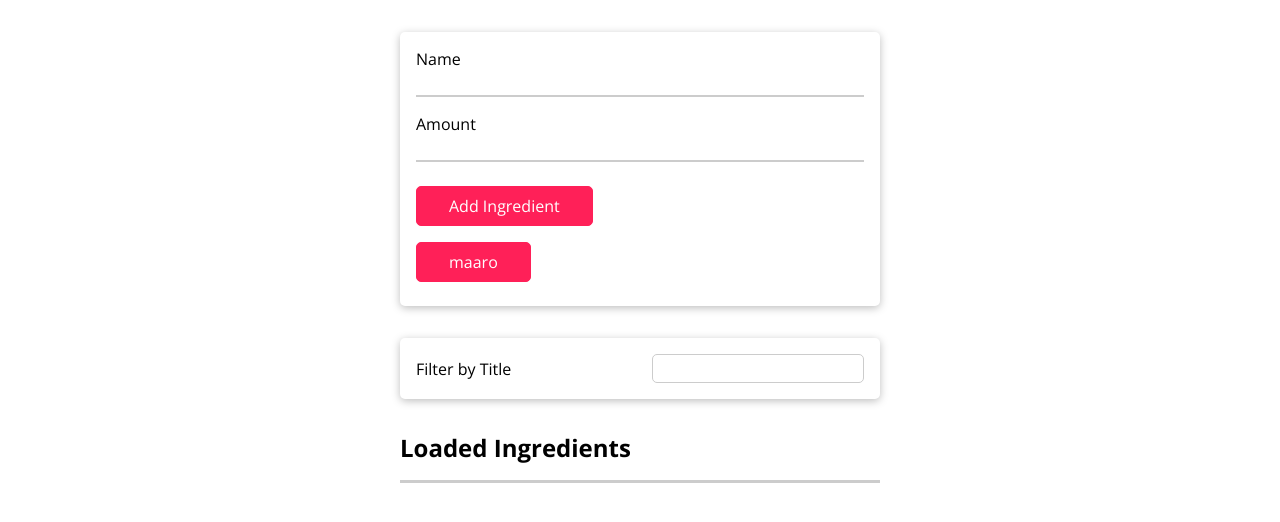
Repository: davinder-kumar/React-Hooks
Page: /, after clicking the first element matching `button`
The author's editor kept a copy of each file at every save. The page is drawn from the files as they stood at one save, then again after the next save.
The browser window is 1280 px wide. The pictures show the whole page.
The page's requests for data from a server got no answer. The project was rebuilt for these pictures with package versions that can differ from the ones it lists, and the page was loaded fresh each time. No one was signed in, and anything a server would have sent is missing. Also part of the build but not shown: src/components/UI/LoadingIndicator.css, src/components/UI/LoadingIndicator.js, src/components/UI/ErrorModal.css, src/components/UI/ErrorModal.js, src/components/Auth.css.

Above is the page before, as saved 2020-03-09 21:34:27.

### src/index.js
import React from 'react';
import ReactDOM from 'react-dom';

import './index.css';
import App from './App';
import { ContextProvider } from './context/auth-context'

ReactDOM.render(
    <ContextProvider>
        <App />
    </ContextProvider>
    , document.getElementById('root'));

### src/App.js
import React, { useContext } from 'react';
import { AuthContext } from './context/auth-context'
import Ingredients from './components/Ingredients/Ingredients';
import Auth from './components/Auth'

const App = props => {
  const contextVal = useContext(AuthContext)
  return contextVal.authenticated ? <Ingredients /> : <Auth  />
  // return <Auth  />;
};

export default App;

### src/context/auth-context.js
import React, { createContext, useState } from 'react'

export const AuthContext = createContext({
    authenticated: false,
    login: () => { }
})



export const ContextProvider = (props) => {
    const [isAuthenticated,setAuthenticated] = useState(false)
    const loginHandler = ()=>{
        setAuthenticated(true)
    }

    return <AuthContext.Provider value={{
        authenticated : isAuthenticated,
        login : loginHandler
    }}>
        {props.children}
    </AuthContext.Provider>
}

### src/components/Ingredients/Ingredients.js
import React, { useState, useEffect, useCallback, useReducer } from 'react';
import IngredientForm from './IngredientForm';
import IngredientList from './IngredientList'
import Search from './Search';
import ErrorModel from '../../components/UI/ErrorModal'
// import Spinner from '../../components/UI/LoadingIndicator'


const ingredientReducer = (ingredients, action) => {
  switch (action.type) {
    case "ADD":
      // console.log(ingredients, action.ingredient,"FITSTs")
      const state = [
        ...ingredients,
        action.ingredient
      ]
      // console.log(state,"KAST")
      return state
    case "SET":
      return action.ingredients
    case "DELETE":
      return ingredients.filter(ing => ing.id !== action.id)
    default:
      throw new Error("Please pass a valid action")

  }
}

const Ingredients = (props) => {
  // const [userIngredients, setUserIngredients] = useState([]);
  const [userIngredients, dispatch] = useReducer(ingredientReducer, [])
  const [isLoading, SetLoadingStatus] = useState(false)
  const [isError, SetErrorStatus] = useState(false)
  useEffect(() => {
    console.log("RENDERED [ingredients]", userIngredients)
  });


  const onFilterHandler = useCallback(ingredients => {
    // setUserIngredients(ingredients)
    dispatch({ type: "SET", ingredients: ingredients })
  }, [])


  const addIngredient = useCallback((ingredient) => {
    SetLoadingStatus(true);
    fetch("https://react-hooks-704c6.firebaseio.com/ingredients.json", {
      method: "POST",
      headers: { "Content-Type": "application/json" },
      body: JSON.stringify(ingredient)
    })
      .then((response) => {
        SetLoadingStatus(false);
        return response.json()
      })
      .then((resData) => {
        dispatch({ type: "ADD", ingredient: { ...ingredient, id: resData.name } })
      })
      .catch((error) => {
        SetErrorStatus(error.message)
      })
  },[])

  const removeItem = ingID => {
    SetLoadingStatus(true);
    fetch("https://react-hooks-704c6.firebaseio.com/ingredients/" + ingID + '.json', {
      method: "DELETE",
    }).then((response) => {
      SetLoadingStatus(false);
      dispatch({ type: "DELETE", id: ingID })
    })
  }

  const closeModal = () => {
    SetErrorStatus(false);
    SetLoadingStatus(false);

  }
  return (
    <div className="App">
      <IngredientForm isError={isError} isLoading={isLoading} mc={()=>{ SetLoadingStatus(new Date()); SetErrorStatus(true) }} onAddIngredient={addIngredient} />
      {isError && <ErrorModel onClose={closeModal} >{isError}</ErrorModel>}
      <section>
        <Search onFilterHandler={onFilterHandler} />
        <IngredientList ingredients={userIngredients} onRemoveItem={removeItem} />
      </section>
    </div>
  );
}

export default Ingredients;

### src/components/Auth.js
import React from 'react';
import { AuthContext } from '../context/auth-context'
import Card from './UI/Card';
import './Auth.css';

const Auth = props => {
  // const contextVal = useContext(AuthContext)

  // console.log(contextVal)


  return (

    <div className="auth">

      <Card>
        <h2>You are not authenticated!</h2>
        <p>Please log in to continue.</p>
        <AuthContext.Consumer>
          {
            (context) => {
              return <button onClick={context.login}>Log In</button>
            }
          }
        </AuthContext.Consumer>

      </Card>
    </div>
  );
};

export default Auth;

### src/components/Ingredients/IngredientForm.js
import React, { useState } from 'react';
import Sppinner from '../../components/UI/LoadingIndicator'
import Card from '../UI/Card';
import './IngredientForm.css';

const IngredientForm = React.memo(props => {
  const [enteredTitle, setTitle] = useState('');
  const [enteredAmount, setAmount] = useState('');
  console.log("Rendering FORM")
  const submitHandler = event => {
    event.preventDefault();
    props.onAddIngredient({
      title : enteredTitle,
      amount: enteredAmount
    })
  };

  return (
    <section className="ingredient-form">
      <Card>
        <form onSubmit={submitHandler}>
          <div className="form-control">
            <label htmlFor="title">Name</label>
            <input type="text"
              id="title"
              value={enteredTitle}
              onChange={event => {
                setTitle(event.target.value)
              }
              }

            />
          </div>
          <div className="form-control">
            <label htmlFor="amount">Amount</label>
            <input type="number"
              id="amount"
              value={enteredAmount}
              onChange={event => {
                setAmount(event.target.value)
              }
              }
            />
          </div>
          <div className="ingredient-form__actions">
            <button type="submit">Add Ingredient</button>
            {props.isLoading && <Sppinner /> }
          </div>
          <button onClick={(event) =>{ event.preventDefault() }}>
             maaro
          </button>
        </form>
      </Card>
    </section>
  );
});

export default IngredientForm;

### src/components/Ingredients/IngredientList.js
import React from 'react';

import './IngredientList.css';

const IngredientList = props => {
  return (
    <section className="ingredient-list">
      <h2>Loaded Ingredients</h2>
      <ul>
        {props.ingredients.map(ig => {
          return <li key={ig.id} onClick={props.onRemoveItem.bind(this, ig.id)}>
            <span>{ig.title}</span>
            <span>{ig.amount}x</span>
          </li>
        })}
      </ul>
    </section>
  );
};

export default IngredientList;

### src/components/Ingredients/Search.js
import React, { useState, useEffect, useRef } from 'react';

import Card from '../UI/Card';
import './Search.css';

const Search = React.memo(props => {
  const filteredValRef = useRef();
  const [inputValue, setInputValue] = useState('')
  const { onFilterHandler } = props
  useEffect(() => {

    const timer = setTimeout(() => {
      if (inputValue === filteredValRef.current.value) {
        const prop = inputValue === '' ? '' : `?orderBy="title"&equalTo="${inputValue}"`
        const ingredientsData = []
        fetch("https://react-hooks-704c6.firebaseio.com/ingredients.json" + prop)
          .then((response) => {
            return response.json()
          })
          .then((responseData) => {
            for (let i in responseData) {
              ingredientsData.push({
                id: i,
                title: responseData[i].title,
                amount: responseData[i].amount
              })
            }
            onFilterHandler(ingredientsData)
          })

      }
      return () => {
        clearTimeout(timer)
      }

    }, 1000)


  }, [inputValue, onFilterHandler])
  return (
    <section className="search">
      <Card>
        <div className="search-input">
          <label>Filter by Title</label>
          <input ref={filteredValRef} type="text" value={inputValue} onChange={(event) => setInputValue(event.target.value)} />
        </div>
      </Card>
    </section>
  );
});

export default Search;

Loaded but not shown: public/index.html (common file); src/index.css (common file); src/components/UI/Card.js (common file); src/components/Ingredients/IngredientForm.css (common file); src/components/Ingredients/IngredientList.css (common file); src/components/Ingredients/Search.css (common file); src/components/UI/Card.css (common file)

After the next save:
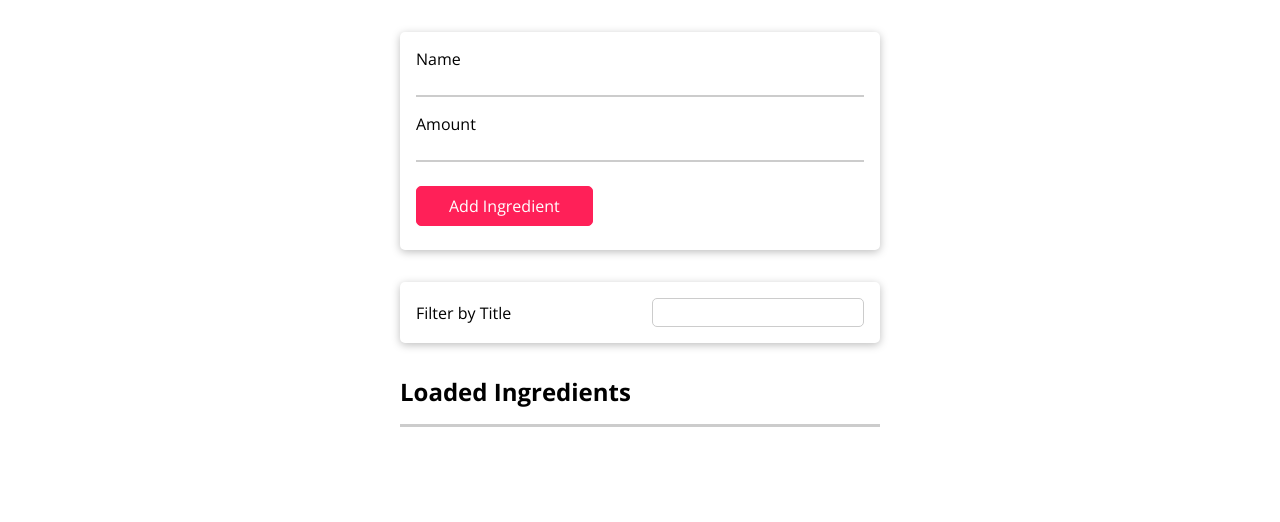
Saved 4 s later.
--- a/src/components/Ingredients/IngredientForm.js
+++ b/src/components/Ingredients/IngredientForm.js
@@ -46,9 +46,6 @@ const IngredientForm = React.memo(props => {
             <button type="submit">Add Ingredient</button>
             {props.isLoading && <Sppinner /> }
           </div>
-          <button onClick={(event) =>{ event.preventDefault() }}>
-             maaro
-          </button>
         </form>
       </Card>
     </section>
